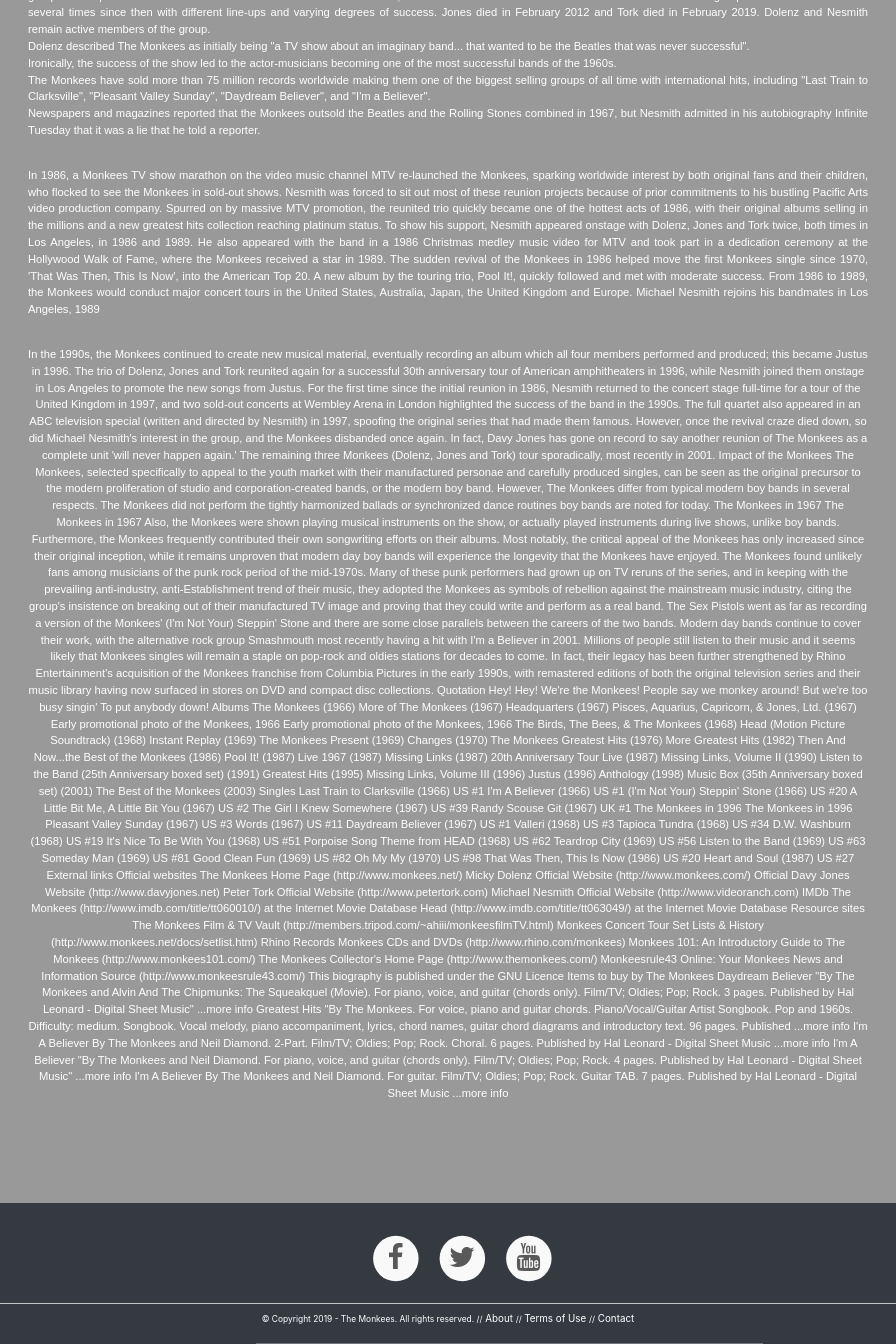
Repository: Code-Institute-Submissions/the_monkees-3
Page: about.html
The author's editor kept a record of every edit. The page is drawn from the files as they stood at one moment, then again after the next edit.
The browser window is 1280 px wide. The pictures show the part of the page from y = 658 to 2578 px (the page is 2578 px tall before and 2002 px after), at 70% of full size.
Some web libraries are served in a nearby version.

Above is the page before.

### about.html
<!DOCTYPE html>
<html lang="en">
<head>
    <meta charset="UTF-8">
    <meta name="viewport" content="width=device-width, initial-scale=1.0">
    <meta http-equiv="X-UA-Compatible" content="ie=edge">
    <script type="text/javascript" src="https://cdnjs.cloudflare.com/ajax/libs/jquery/2.1.3/jquery.min.js"></script>
    <script type="text/javascript" src="https://stackpath.bootstrapcdn.com/bootstrap/4.3.1/js/bootstrap.min.js"></script>
    <link rel="stylesheet" href="https://stackpath.bootstrapcdn.com/bootstrap/4.3.1/css/bootstrap.min.css" type="text/css" />
    <link rel="stylesheet" href="https://stackpath.bootstrapcdn.com/font-awesome/4.7.0/css/font-awesome.min.css" type="text/css" />
    <link rel="stylesheet" href="assets/css/style.css" type="text/css" />
    <title>Home|The Monkees</title>
</head>
<body>
  <div class=content>
  <header>
<!--------------------Navigation-->
    <nav class="navbar navbar-expand-sm bg-dark navbar-dark stroke">
      <a class="navbar-brand" href="index.html">
        <img src="assets/image/LOGO.png" id="logo-transparent" alt="logo" style="width:143px;">
      </a>
      <button type="button" class="navbar-toggler" data-toggle="collapse" data-target="#navbarCollapse">
        <span class="navbar-toggler-icon"></span>
      </button>

    <div class="collapse navbar-collapse" id="navbarCollapse">
      <ul class="navbar-nav">
        <li class="nav-item">
          <a class="nav-link " id="navbar-select-color" href="index.html">Home</a>
        </li>

        <li class="nav-item">
          <a class="nav-link" id="navbar-select-color2" href="photos.html">Photos</a>
        </li>
        <li class="nav-item">
          <a class="nav-link" id="navbar-select-color3" href="video.html">Video</a>
        </li>
        <li class="nav-item">
          <a class="nav-link" id="navbar-select-color4" href="contact.html">Contact</a>
        </li>
      </ul>
    </div>
    </nav>
  </header>
   <section>
    <div class="box">
      <img src="assets/image/band.jpg" alt="" class="box-img">
      <h1>The Monkees</h1>
      <p>The Monkees are an American rock and pop band originally active between 1966 and 1971, with reunion albums and tours in the decades that followed.
      <br>Their original line-up consisted of the American actor/musicians Micky Dolenz, Michael Nesmith, and Peter Tork with English actor/singer Davy Jones.
      The group was conceived in 1965 by television producers Bob Rafelson and Bert Schneider specifically for the situation comedy series The Monkees, which aired from 1966 to 1968.
      The band's music was initially supervised by record producer Don Kirshner, backed by the songwriting duo of Tommy Boyce and Bobby Hart.

The four actor/musicians were initially allowed only limited roles in the recording studio for the first few months of their five-year career as "the Monkees".
<br>This was due in part to the amount of time required to film the television series. Nonetheless, Nesmith composed and produced some songs from the beginning, and Tork contributed limited guitar work on the sessions produced by Nesmith.
</p>
<p>All four contributed lead vocals to various tracks. They eventually fought for the right to collectively supervise all musical output under the band's name, acting as musicians, singers, songwriters, and producers.

Following the television show's cancellation in 1968, the Monkees continued to record music until 1971, after which the group broke up.
A revival of interest in the television show came in 1986, which led to a series of reunion tours and new records.
The group has reunited and toured several times since then with different line-ups and varying degrees of success.
Jones died in February 2012 and Tork died in February 2019. Dolenz and Nesmith remain active members of the group.
<br>
Dolenz described The Monkees as initially being "a TV show about an imaginary band... that wanted to be the Beatles that was never successful".
<br>Ironically, the success of the show led to the actor-musicians becoming one of the most successful bands of the 1960s. <br>
The Monkees have sold more than 75 million records worldwide making them one of the biggest selling groups of all time with international hits, including "Last Train to Clarksville", "Pleasant Valley Sunday", "Daydream Believer", and "I'm a Believer". <br>
Newspapers and magazines reported that the Monkees outsold the Beatles and the Rolling Stones combined in 1967, but Nesmith admitted in his autobiography Infinite Tuesday that it was a lie that he told a reporter.</p>
    <br>
    <p>In 1986, a Monkees TV show marathon on the video music channel MTV re-launched the Monkees, sparking worldwide interest by both original fans and their children, who flocked to see the Monkees in sold-out shows. Nesmith was forced to sit out most of these reunion projects because of prior commitments to his bustling Pacific Arts video production company. Spurred on by massive MTV promotion, the reunited trio quickly became one of the hottest acts of 1986, with their original albums selling in the millions and a new greatest hits collection reaching platinum status. To show his support, Nesmith appeared onstage with Dolenz, Jones and Tork twice, both times in Los Angeles, in 1986 and 1989. He also appeared with the band in a 1986 Christmas medley music video for MTV and took part in a dedication ceremony at the Hollywood Walk of Fame, where the Monkees received a star in 1989.

The sudden revival of the Monkees in 1986 helped move the first Monkees single since 1970, 'That Was Then, This Is Now', into the American Top 20. A new album by the touring trio, Pool It!, quickly followed and met with moderate success. From 1986 to 1989, the Monkees would conduct major concert tours in the United States, Australia, Japan, the United Kingdom and Europe.

Michael Nesmith rejoins his bandmates in Los Angeles, 1989</p><br>

In the 1990s, the Monkees continued to create new musical material, eventually recording an album which all four members performed and produced; this became Justus in 1996. The trio of Dolenz, Jones and Tork reunited again for a successful 30th anniversary tour of American amphitheaters in 1996, while Nesmith joined them onstage in Los Angeles to promote the new songs from Justus. For the first time since the initial reunion in 1986, Nesmith returned to the concert stage full-time for a tour of the United Kingdom in 1997, and two sold-out concerts at Wembley Arena in London highlighted the success of the band in the 1990s. The full quartet also appeared in an ABC television special (written and directed by Nesmith) in 1997, spoofing the original series that had made them famous. However, once the revival craze died down, so did Michael Nesmith's interest in the group, and the Monkees disbanded once again. In fact, Davy Jones has gone on record to say another reunion of The Monkees as a complete unit 'will never happen again.' The remaining three Monkees (Dolenz, Jones and Tork) tour sporadically, most recently in 2001.


Impact of the Monkees
The Monkees, selected specifically to appeal to the youth market with their manufactured personae and carefully produced singles, can be seen as the original precursor to the modern proliferation of studio and corporation-created bands, or the modern boy band. However, The Monkees differ from typical modern boy bands in several respects. The Monkees did not perform the tightly harmonized ballads or synchronized dance routines boy bands are noted for today.

The Monkees in 1967
The Monkees in 1967
Also, the Monkees were shown playing musical instruments on the show, or actually played instruments during live shows, unlike boy bands. Furthermore, the Monkees frequently contributed their own songwriting efforts on their albums. Most notably, the critical appeal of the Monkees has only increased since their original inception, while it remains unproven that modern day boy bands will experience the longevity that the Monkees have enjoyed.

The Monkees found unlikely fans among musicians of the punk rock period of the mid-1970s. Many of these punk performers had grown up on TV reruns of the series, and in keeping with the prevailing anti-industry, anti-Establishment trend of their music, they adopted the Monkees as symbols of rebellion against the mainstream music industry, citing the group's insistence on breaking out of their manufactured TV image and proving that they could write and perform as a real band. The Sex Pistols went as far as recording a version of the Monkees' (I'm Not Your) Steppin' Stone and there are some close parallels between the careers of the two bands. Modern day bands continue to cover their work, with the alternative rock group Smashmouth most recently having a hit with I'm a Believer in 2001.

Millions of people still listen to their music and it seems likely that Monkees singles will remain a staple on pop-rock and oldies stations for decades to come. In fact, their legacy has been further strengthened by Rhino Entertainment's acquisition of the Monkees franchise from Columbia Pictures in the early 1990s, with remastered editions of both the original television series and their music library having now surfaced in stores on DVD and compact disc collections.


Quotation
Hey! Hey! We're the Monkees!
People say we monkey around!
But we're too busy singin'
To put anybody down!

Albums
The Monkees (1966)
More of The Monkees (1967)
Headquarters (1967)
Pisces, Aquarius, Capricorn, & Jones, Ltd. (1967)
Early promotional photo of the Monkees, 1966
Early promotional photo of the Monkees, 1966
The Birds, The Bees, & The Monkees (1968)
Head (Motion Picture Soundtrack) (1968)
Instant Replay (1969)
The Monkees Present (1969)
Changes (1970)
The Monkees Greatest Hits (1976)
More Greatest Hits (1982)
Then And Now...the Best of the Monkees (1986)
Pool It! (1987)
Live 1967 (1987)
Missing Links (1987)
20th Anniversary Tour Live (1987)
Missing Links, Volume II (1990)
Listen to the Band (25th Anniversary boxed set) (1991)
Greatest Hits (1995)
Missing Links, Volume III (1996)
Justus (1996)
Anthology (1998)
Music Box (35th Anniversary boxed set) (2001)
The Best of the Monkees (2003)

Singles
Last Train to Clarksville (1966) US #1
I'm A Believer (1966) US #1
(I'm Not Your) Steppin' Stone (1966) US #20
A Little Bit Me, A Little Bit You (1967) US #2
The Girl I Knew Somewhere (1967) US #39
Randy Scouse Git (1967) UK #1
The Monkees in 1996
The Monkees in 1996
Pleasant Valley Sunday (1967) US #3
Words (1967) US #11
Daydream Believer (1967) US #1
Valleri (1968) US #3
Tapioca Tundra (1968) US #34
D.W. Washburn (1968) US #19
It's Nice To Be With You (1968) US #51
Porpoise Song Theme from HEAD (1968) US #62
Teardrop City (1969) US #56
Listen to the Band (1969) US #63
Someday Man (1969) US #81
Good Clean Fun (1969) US #82
Oh My My (1970) US #98
That Was Then, This Is Now (1986) US #20
Heart and Soul (1987) US #27

External links
Official websites
The Monkees Home Page (http://www.monkees.net/)
Micky Dolenz Official Website (http://www.monkees.com/)
Official Davy Jones Website (http://www.davyjones.net)
Peter Tork Official Website (http://www.petertork.com)
Michael Nesmith Official Website (http://www.videoranch.com)
IMDb
The Monkees (http://www.imdb.com/title/tt060010/) at the Internet Movie Database
Head (http://www.imdb.com/title/tt063049/) at the Internet Movie Database
Resource sites
The Monkees Film & TV Vault (http://members.tripod.com/~ahiii/monkeesfilmTV.html)
Monkees Concert Tour Set Lists & History (http://www.monkees.net/docs/setlist.htm)
Rhino Records Monkees CDs and DVDs (http://www.rhino.com/monkees)
Monkees 101: An Introductory Guide to The Monkees (http://www.monkees101.com/)
The Monkees Collector's Home Page (http://www.themonkees.com/)
Monkeesrule43 Online: Your Monkees News and Information Source (http://www.monkeesrule43.com/)


This biography is published under the GNU Licence






Items to buy by The Monkees


	Daydream Believer "By The Monkees and Alvin And The Chipmunks: The Squeakquel (Movie). For piano, voice, and guitar (chords only). Film/TV; Oldies; Pop; Rock. 3 pages. Published by Hal Leonard - Digital Sheet Music"
...more info



	Greatest Hits "By The Monkees. For voice, piano and guitar chords. Piano/Vocal/Guitar Artist Songbook. Pop and 1960s. Difficulty: medium. Songbook. Vocal melody, piano accompaniment, lyrics, chord names, guitar chord diagrams and introductory text. 96 pages. Published
...more info



	I'm A Believer By The Monkees and Neil Diamond. 2-Part. Film/TV; Oldies; Pop; Rock. Choral. 6 pages. Published by Hal Leonard - Digital Sheet Music
...more info



	I'm A Believer "By The Monkees and Neil Diamond. For piano, voice, and guitar (chords only). Film/TV; Oldies; Pop; Rock. 4 pages. Published by Hal Leonard - Digital Sheet Music"
...more info



	I'm A Believer By The Monkees and Neil Diamond. For guitar. Film/TV; Oldies; Pop; Rock. Guitar TAB. 7 pages. Published by Hal Leonard - Digital Sheet Music
...more info






</p>
    </div>



  </section>
 </div>
<footer class="mainfooter bg-dark " role="contentinfo">
  <div class="footer-middle">
      <ul class="social-network social-circle">
             <li><a href="https://www.facebook.com/" class="icoFacebook" title="Facebook"><i class="fa fa-facebook"></i></a></li>
             <li><a href="https://twitter.com/" class="icoTwitter" title="Twitter"><i class="fa fa-twitter"></i></a></li>
             <li><a href="https://www.youtube.com" class="icoYoutube" title="Youtube"><i class="fa fa-youtube"></i></a></li>

      </ul>
	<div class="col-md-12 copy">
			<p class="text-center">&copy; Copyright 2019 - The Monkees.  All rights reserved. //<a href="about.html"> About </a> // <a href="terms_of_use.html"> Terms of Use </a> //<a href="contact.html"> Contact </a></p>

	</div>
  </div>
</footer>
</body>
</html>

Loaded but not shown: assets/css/style.css (1064 lines, source omitted)

After the next edit:
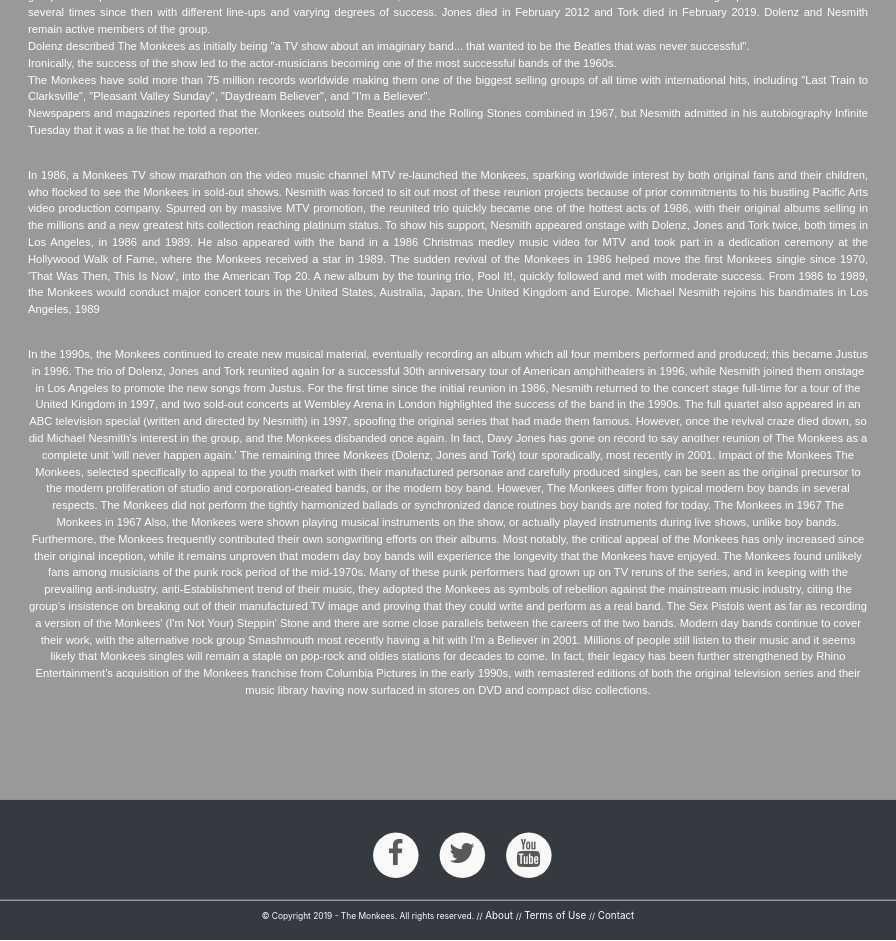
The edit:
--- a/about.html
+++ b/about.html
@@ -85,124 +85,6 @@
 The Monkees found unlikely fans among musicians of the punk rock period of the mid-1970s. Many of these punk performers had grown up on TV reruns of the series, and in keeping with the prevailing anti-industry, anti-Establishment trend of their music, they adopted the Monkees as symbols of rebellion against the mainstream music industry, citing the group's insistence on breaking out of their manufactured TV image and proving that they could write and perform as a real band. The Sex Pistols went as far as recording a version of the Monkees' (I'm Not Your) Steppin' Stone and there are some close parallels between the careers of the two bands. Modern day bands continue to cover their work, with the alternative rock group Smashmouth most recently having a hit with I'm a Believer in 2001.
 
 Millions of people still listen to their music and it seems likely that Monkees singles will remain a staple on pop-rock and oldies stations for decades to come. In fact, their legacy has been further strengthened by Rhino Entertainment's acquisition of the Monkees franchise from Columbia Pictures in the early 1990s, with remastered editions of both the original television series and their music library having now surfaced in stores on DVD and compact disc collections.
-
-
-Quotation
-Hey! Hey! We're the Monkees!
-People say we monkey around!
-But we're too busy singin'
-To put anybody down!
-
-Albums
-The Monkees (1966)
-More of The Monkees (1967)
-Headquarters (1967)
-Pisces, Aquarius, Capricorn, & Jones, Ltd. (1967)
-Early promotional photo of the Monkees, 1966
-Early promotional photo of the Monkees, 1966
-The Birds, The Bees, & The Monkees (1968)
-Head (Motion Picture Soundtrack) (1968)
-Instant Replay (1969)
-The Monkees Present (1969)
-Changes (1970)
-The Monkees Greatest Hits (1976)
-More Greatest Hits (1982)
-Then And Now...the Best of the Monkees (1986)
-Pool It! (1987)
-Live 1967 (1987)
-Missing Links (1987)
-20th Anniversary Tour Live (1987)
-Missing Links, Volume II (1990)
-Listen to the Band (25th Anniversary boxed set) (1991)
-Greatest Hits (1995)
-Missing Links, Volume III (1996)
-Justus (1996)
-Anthology (1998)
-Music Box (35th Anniversary boxed set) (2001)
-The Best of the Monkees (2003)
-
-Singles
-Last Train to Clarksville (1966) US #1
-I'm A Believer (1966) US #1
-(I'm Not Your) Steppin' Stone (1966) US #20
-A Little Bit Me, A Little Bit You (1967) US #2
-The Girl I Knew Somewhere (1967) US #39
-Randy Scouse Git (1967) UK #1
-The Monkees in 1996
-The Monkees in 1996
-Pleasant Valley Sunday (1967) US #3
-Words (1967) US #11
-Daydream Believer (1967) US #1
-Valleri (1968) US #3
-Tapioca Tundra (1968) US #34
-D.W. Washburn (1968) US #19
-It's Nice To Be With You (1968) US #51
-Porpoise Song Theme from HEAD (1968) US #62
-Teardrop City (1969) US #56
-Listen to the Band (1969) US #63
-Someday Man (1969) US #81
-Good Clean Fun (1969) US #82
-Oh My My (1970) US #98
-That Was Then, This Is Now (1986) US #20
-Heart and Soul (1987) US #27
-
-External links
-Official websites
-The Monkees Home Page (http://www.monkees.net/)
-Micky Dolenz Official Website (http://www.monkees.com/)
-Official Davy Jones Website (http://www.davyjones.net)
-Peter Tork Official Website (http://www.petertork.com)
-Michael Nesmith Official Website (http://www.videoranch.com)
-IMDb
-The Monkees (http://www.imdb.com/title/tt060010/) at the Internet Movie Database
-Head (http://www.imdb.com/title/tt063049/) at the Internet Movie Database
-Resource sites
-The Monkees Film & TV Vault (http://members.tripod.com/~ahiii/monkeesfilmTV.html)
-Monkees Concert Tour Set Lists & History (http://www.monkees.net/docs/setlist.htm)
-Rhino Records Monkees CDs and DVDs (http://www.rhino.com/monkees)
-Monkees 101: An Introductory Guide to The Monkees (http://www.monkees101.com/)
-The Monkees Collector's Home Page (http://www.themonkees.com/)
-Monkeesrule43 Online: Your Monkees News and Information Source (http://www.monkeesrule43.com/)
-
-
-This biography is published under the GNU Licence
-
-
-
-
-
-
-Items to buy by The Monkees
-
-
-	Daydream Believer "By The Monkees and Alvin And The Chipmunks: The Squeakquel (Movie). For piano, voice, and guitar (chords only). Film/TV; Oldies; Pop; Rock. 3 pages. Published by Hal Leonard - Digital Sheet Music"
-...more info
-
-
-
-	Greatest Hits "By The Monkees. For voice, piano and guitar chords. Piano/Vocal/Guitar Artist Songbook. Pop and 1960s. Difficulty: medium. Songbook. Vocal melody, piano accompaniment, lyrics, chord names, guitar chord diagrams and introductory text. 96 pages. Published
-...more info
-
-
-
-	I'm A Believer By The Monkees and Neil Diamond. 2-Part. Film/TV; Oldies; Pop; Rock. Choral. 6 pages. Published by Hal Leonard - Digital Sheet Music
-...more info
-
-
-
-	I'm A Believer "By The Monkees and Neil Diamond. For piano, voice, and guitar (chords only). Film/TV; Oldies; Pop; Rock. 4 pages. Published by Hal Leonard - Digital Sheet Music"
-...more info
-
-
-
-	I'm A Believer By The Monkees and Neil Diamond. For guitar. Film/TV; Oldies; Pop; Rock. Guitar TAB. 7 pages. Published by Hal Leonard - Digital Sheet Music
-...more info
-
-
-
-
-
-
 </p>
     </div>
 
